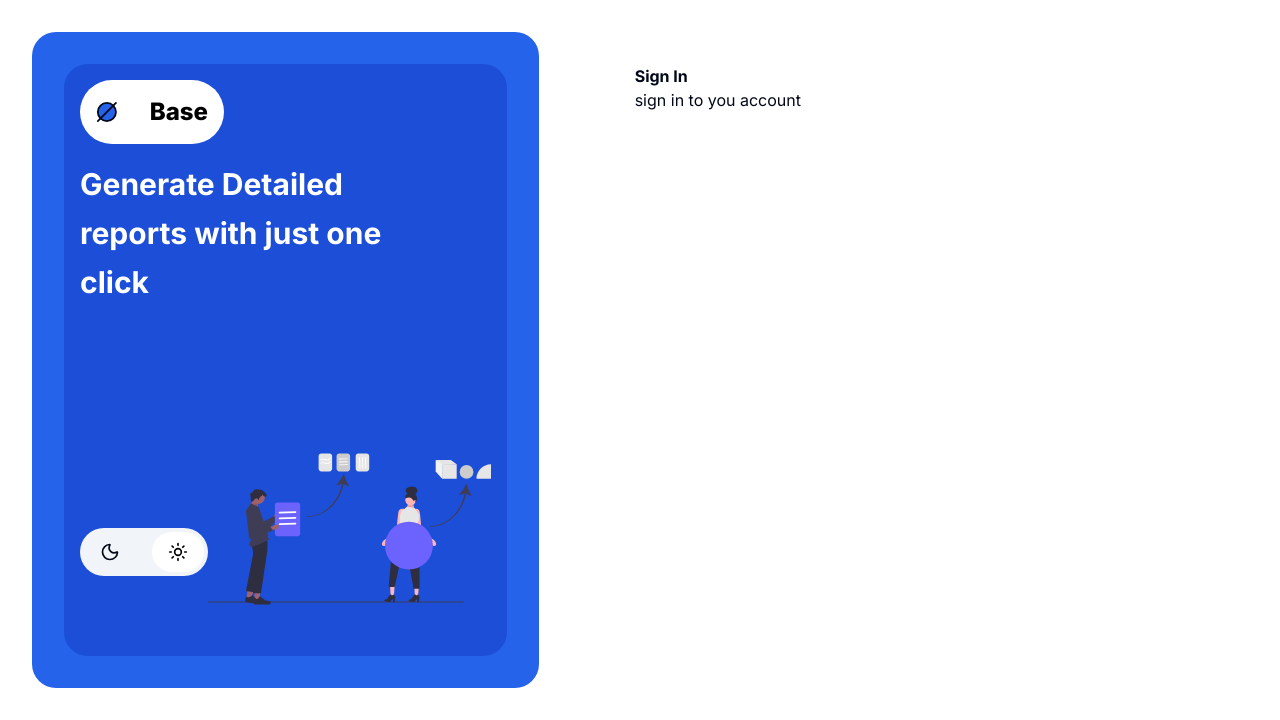
Repository: Hardyy00/openinapp_assignment
Page: /
An editor plug-in stored every save of this project. The page is shown before and after the next save, followed by the edit.
The browser window is 1280 px wide. The pictures show the whole page.
The project was rebuilt for these pictures with package versions that can differ from the ones it lists, and the page was loaded fresh each time. The framework's server and built-in components were replaced by stand-ins that run in the browser. Also part of the build but not shown: next.config.mjs.

Above is the page before, as saved 2024-08-23 16:08:39.

After the next save:
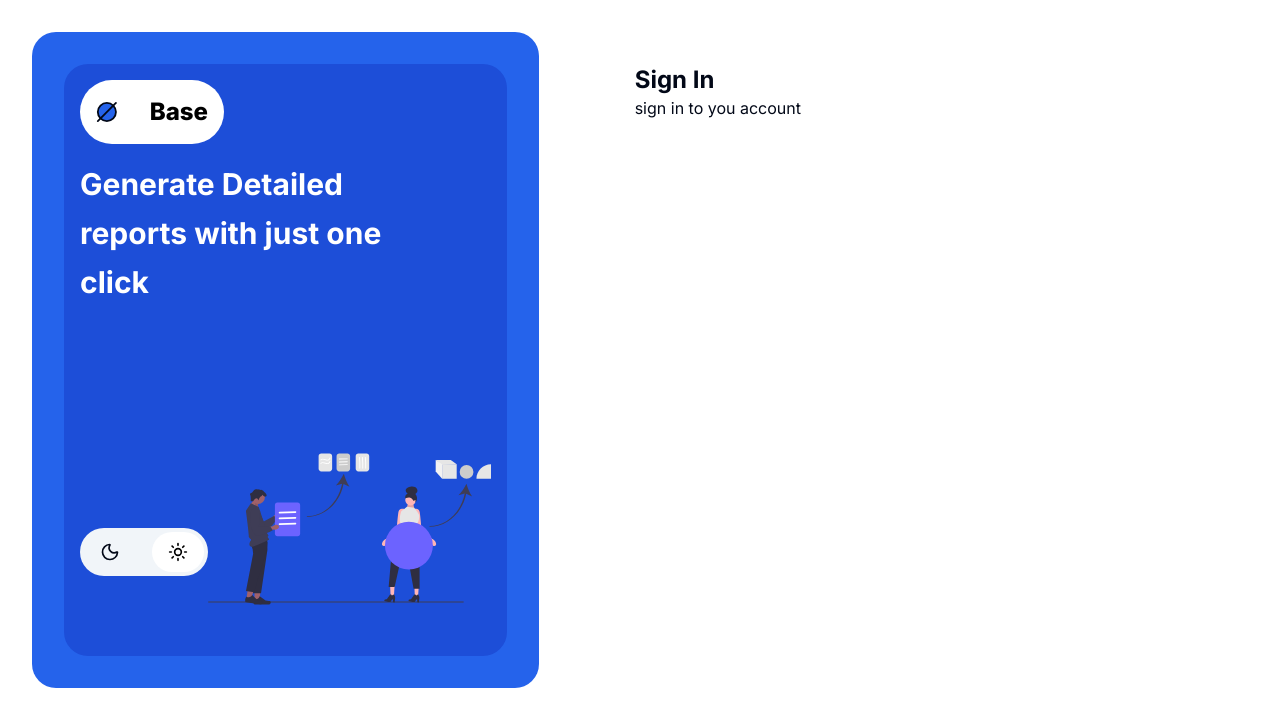
Saved 5 s later.
--- a/app/(auth)/page.tsx
+++ b/app/(auth)/page.tsx
@@ -3,7 +3,7 @@ export default function Page() {
     <div className="h-full p-8">
       <div className="p-8">
         <div>
-          <h1 className="text-foreground font-bold">Sign In</h1>
+          <h1 className="text-foreground font-bold text-2xl">Sign In</h1>
           <p>sign in to you account</p>
         </div>
       </div>
